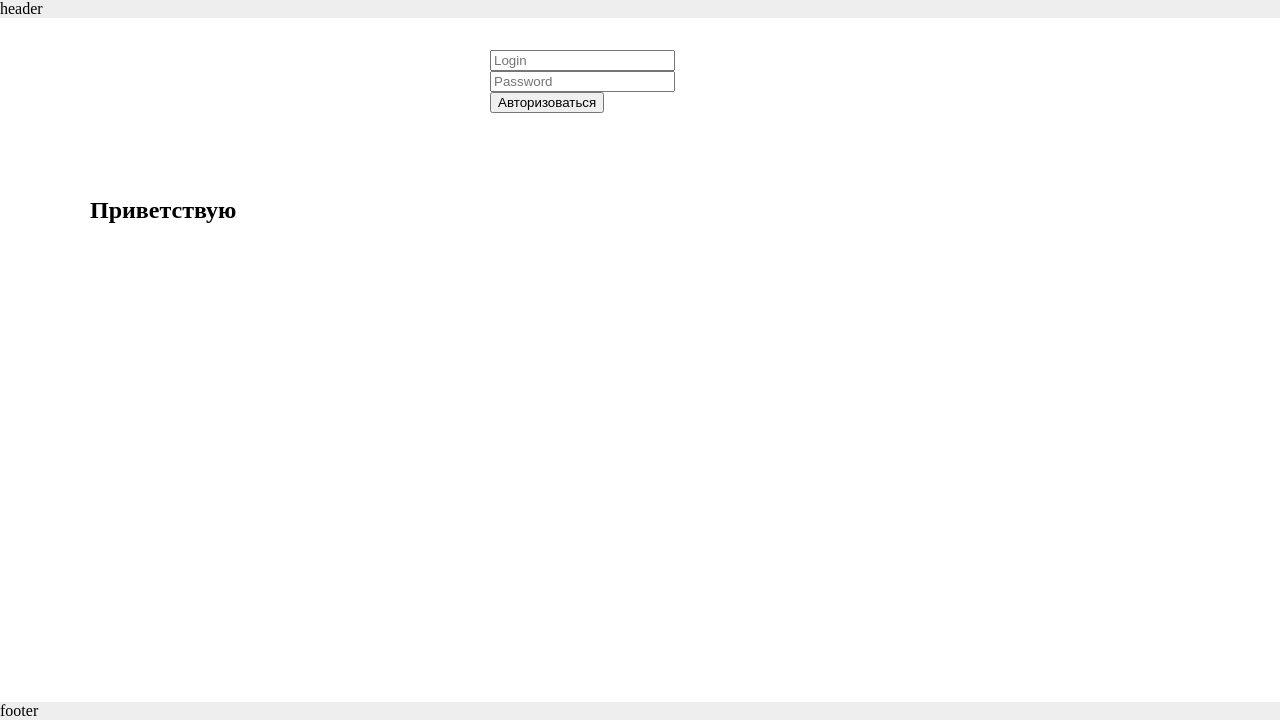
Repository: slep0y/fakeAuth
Page: index.html
These files come from the project's save history. The page is drawn as it stood at one moment and after the next save; the edit follows.
The browser window is 1280 px wide. The pictures show the whole page.
The style sheet was rebuilt from its Sass, Less or Tailwind sources for each picture, by a compiler version that may differ from the author's.

Above is the page before, as saved 2025-01-19 12:55:45.

After the next save:
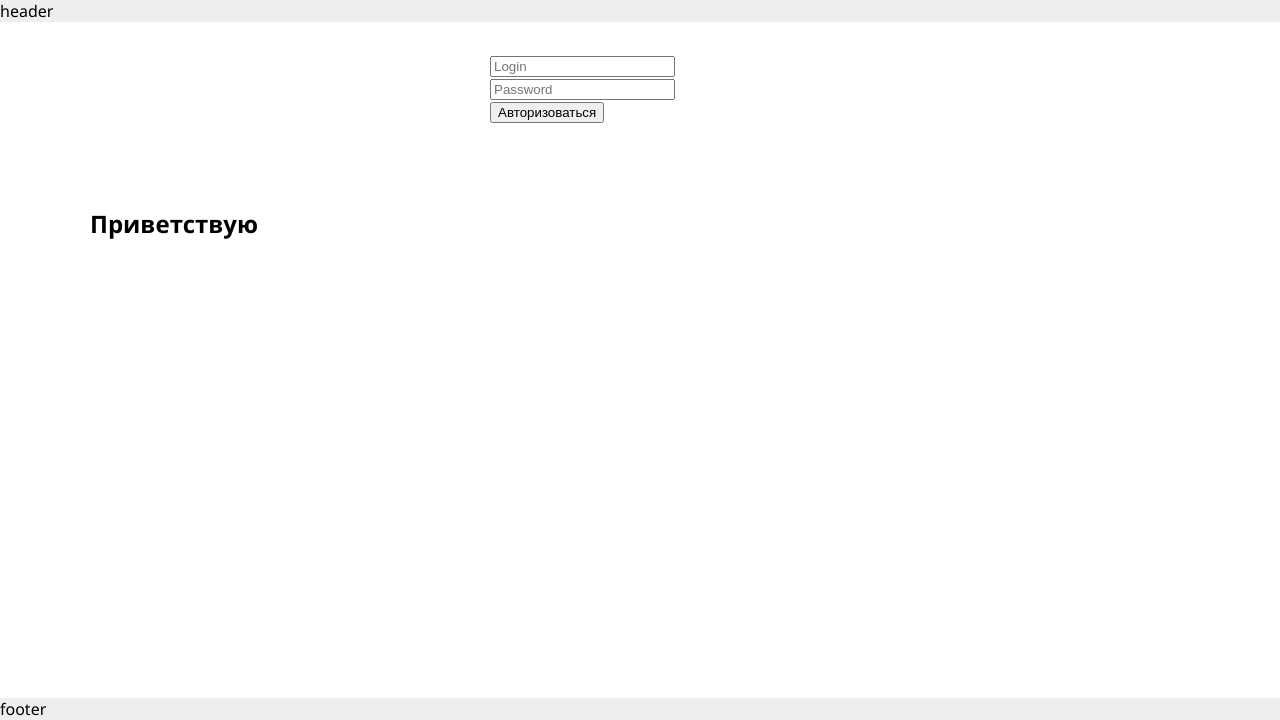
Saved 27 s later.
--- a/styles/_base.scss
+++ b/styles/_base.scss
@@ -5,6 +5,7 @@ body, html {
     margin: 0;
     padding: 0;
     height: 100%;
+    font-family: var(--segoe);
 }
 *, *::after, *::before {
     box-sizing: border-box;
